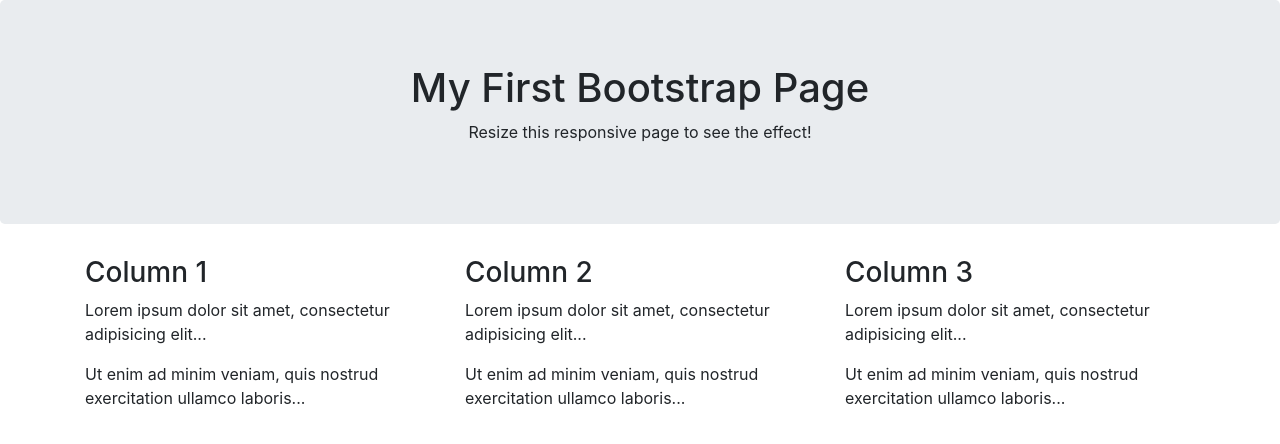
Repository: jagasia/sep-07
Page: http://localhost/sep-07-04/signup.jsp
These files come from the project's save history. The page is drawn as it stood at one moment and after the next save; the edit follows.
The browser window is 1280 px wide. The pictures show the whole page.
The page is served by Tomcat 9.

Above is the page before, as saved 2022-09-07 09:47:07.

After the next save:
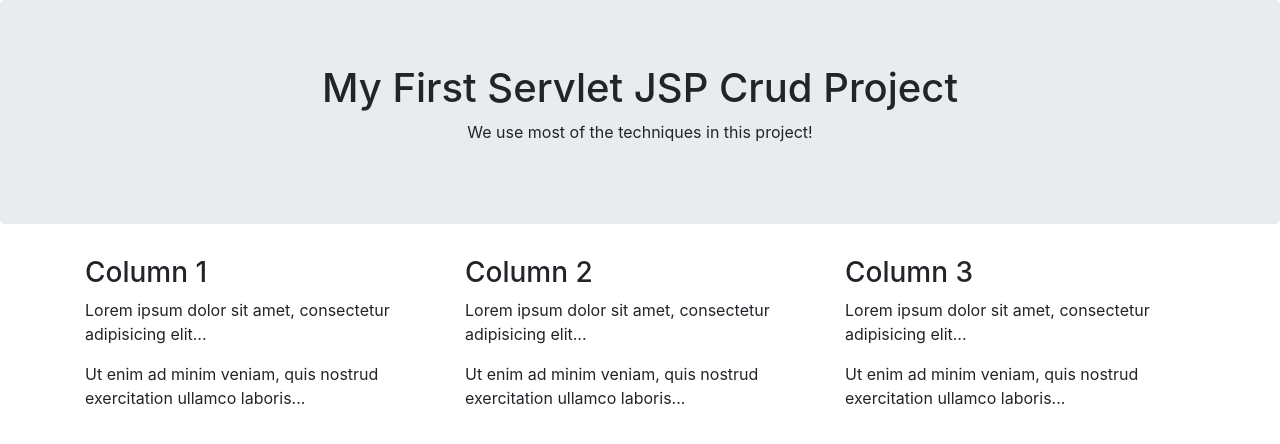
Saved 35 s later.
--- a/sep-07-04/WebContent/signup.jsp
+++ b/sep-07-04/WebContent/signup.jsp
@@ -12,8 +12,8 @@
 </head>
 <body>
 <div class="jumbotron text-center">
-  <h1>My First Bootstrap Page</h1>
-  <p>Resize this responsive page to see the effect!</p>
+  <h1>My First Servlet JSP Crud Project</h1>
+  <p>We use most of the techniques in this project!</p>
 </div>
 
 <div class="container">
